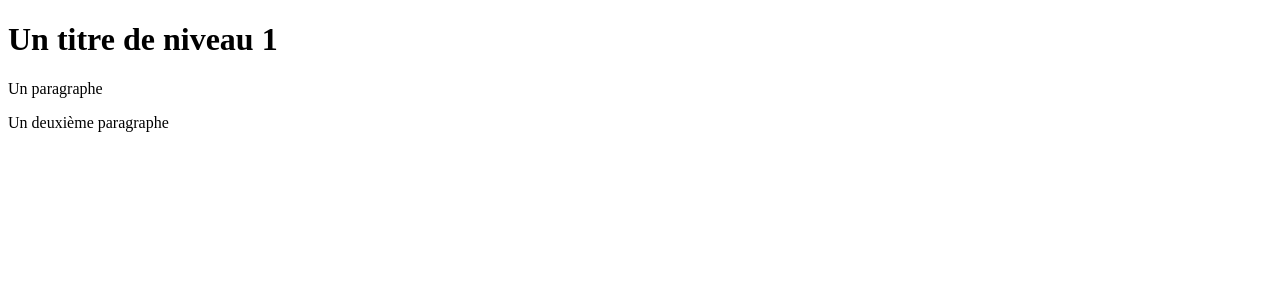
Repository: serviceshuios/Git-Aix-Web
Page: bases-html-css/WebContent/index.html
An editor plug-in stored every save of this project. The page is shown before and after the next save, followed by the edit.
The browser window is 1280 px wide. The pictures show the whole page.

Above is the page before, as saved 2018-10-22 13:07:09.

After the next save:
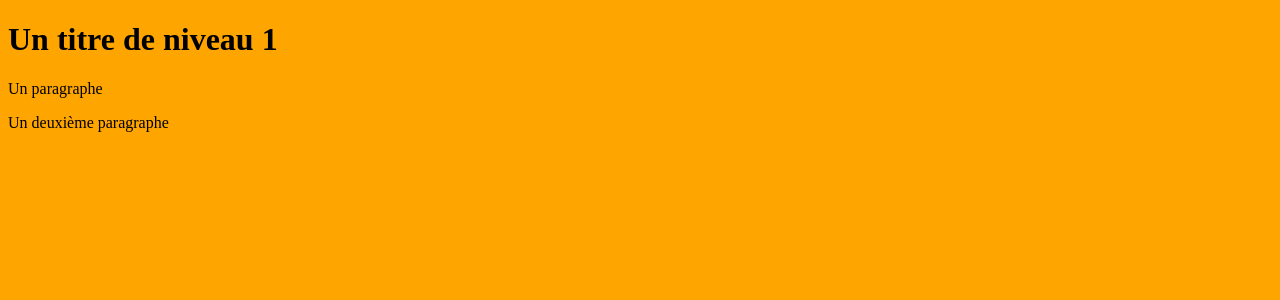
Saved 5 min 7 s later.
--- a/bases-html-css/WebContent/index.html
+++ b/bases-html-css/WebContent/index.html
@@ -3,7 +3,12 @@
 	<head>
 		<meta charset="utf-8"/>
 		<title>STRUCTURE</title>
-		<link rel="stylesheet" href="css/style.css"/>
+<!-- 		<link rel="stylesheet" href="css/style.css"/> -->
+		<style>
+			body {
+				background-color: orange;
+			}
+		</style>
 	</head>
 	<body>
 		<h1>Un titre de niveau 1</h1>
